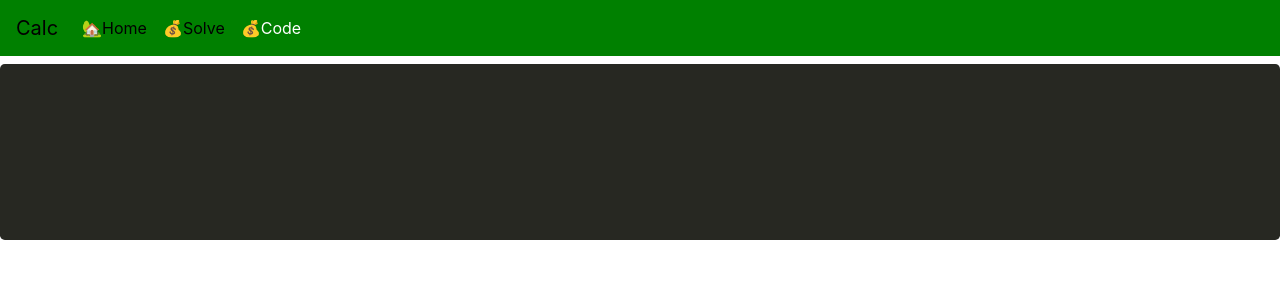
Repository: zhadjah9559/MortgageManager
Page: code.html
The author's editor kept a copy of each file at every save. The page is drawn from the files as they stood at one save, then again after the next save.
The browser window is 1280 px wide. The pictures show the whole page.

Above is the page before, as saved 2021-01-17 14:14:34.

After the next save:
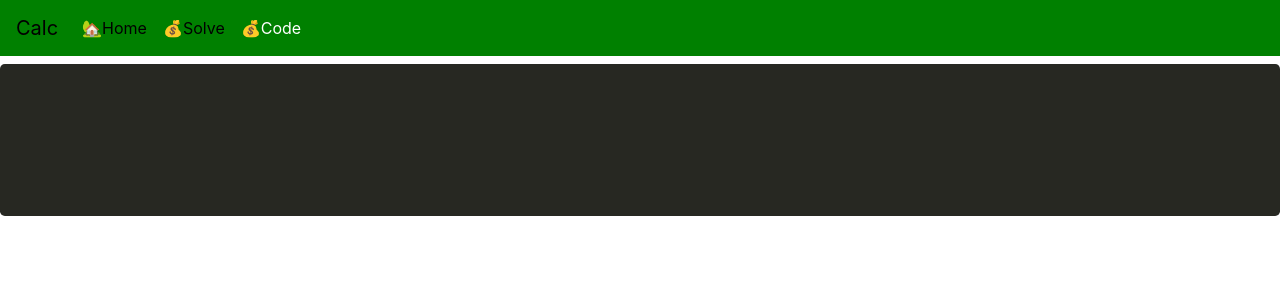
Saved 8 s later.
--- a/code.html
+++ b/code.html
@@ -32,9 +32,7 @@
         </div>
     </nav>
 
-    <pre>
-
-        <code class="language-js">
+    <pre>        <code class="language-js">
 
         </code>
 
